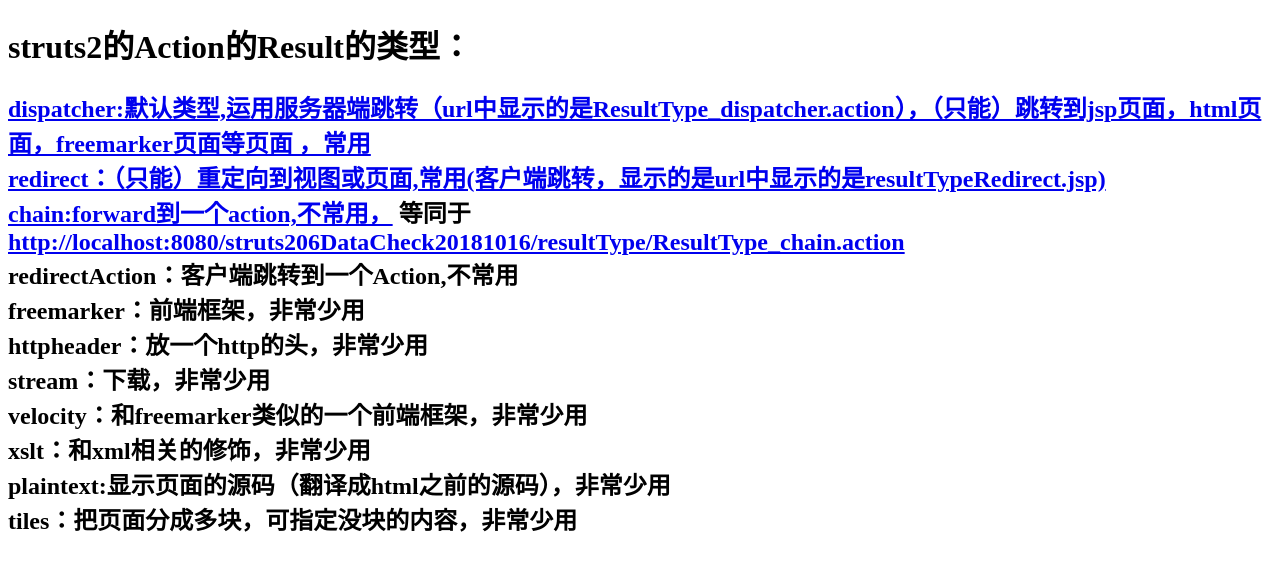
Repository: fupq/fpqStruts2
Page: http://localhost/struts206DataCheck20181016/resultType.jsp
The author's editor kept a copy of each file at every save. The page is drawn from the files as they stood at one save, then again after the next save.
The browser window is 1280 px wide. The pictures show the whole page.
The page is served by Tomcat 9. Nobody is signed in. The application's start-up code is not run.

Above is the page before, as saved 2018-10-22 17:44:06.

After the next save:
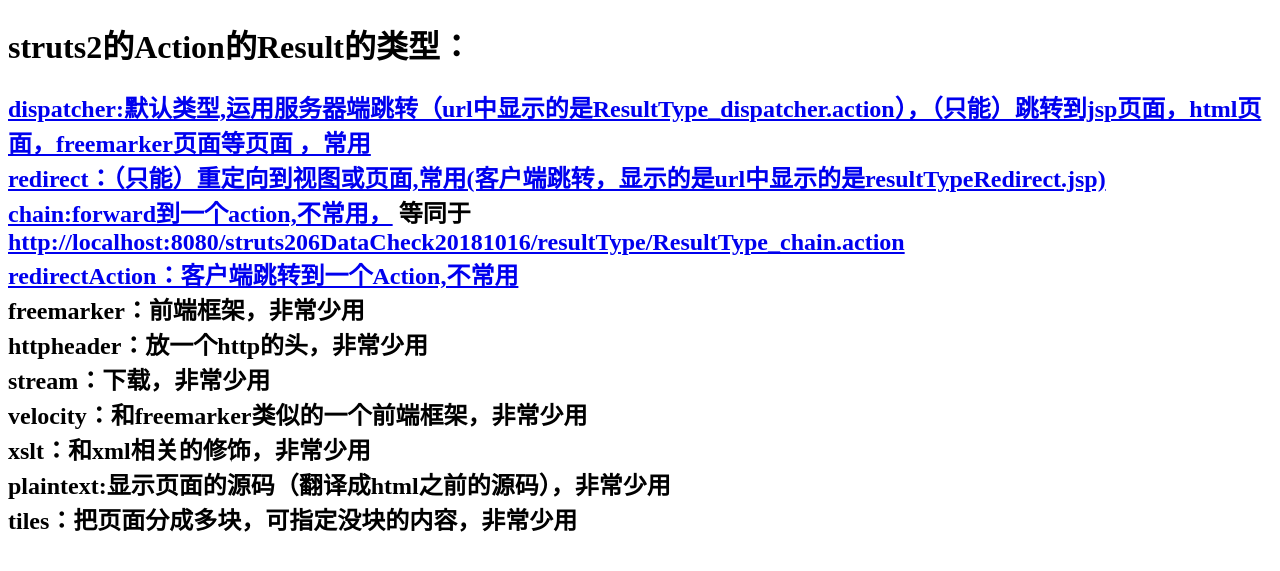
Saved 63 s later.
--- a/struts206DataCheck20181016/WebRoot/resultType.jsp
+++ b/struts206DataCheck20181016/WebRoot/resultType.jsp
@@ -12,7 +12,7 @@
 		<a href="http://localhost:8080/struts206DataCheck20181016/resultType/ResultType_dispatcher.action">dispatcher:默认类型,运用服务器端跳转（url中显示的是ResultType_dispatcher.action），（只能）跳转到jsp页面，html页面，freemarker页面等页面	，常用</a><br>
 		<a href="http://localhost:8080/struts206DataCheck20181016/resultType/ResultType_redirect.action">redirect：（只能）重定向到视图或页面,常用(客户端跳转，显示的是url中显示的是resultTypeRedirect.jsp)	<br></a>
 		<a href="http://localhost:8080/struts206DataCheck20181016/resultType/ResultType_chain.action">chain:forward到一个action,不常用，</a> 等同于<a href="http://localhost:8080/struts206DataCheck20181016/resultType/ResultType_chain.action">http://localhost:8080/struts206DataCheck20181016/resultType/ResultType_chain.action</a> <br>
-		redirectAction：客户端跳转到一个Action,不常用<br>
+		<a href="http://localhost:8080/struts206DataCheck20181016/resultType/ResultType_redirectAction.action">redirectAction：客户端跳转到一个Action,不常用</a><br>
 		freemarker：前端框架，非常少用<br>
 		httpheader：放一个http的头，非常少用<br>
 		stream：下载，非常少用<br>
